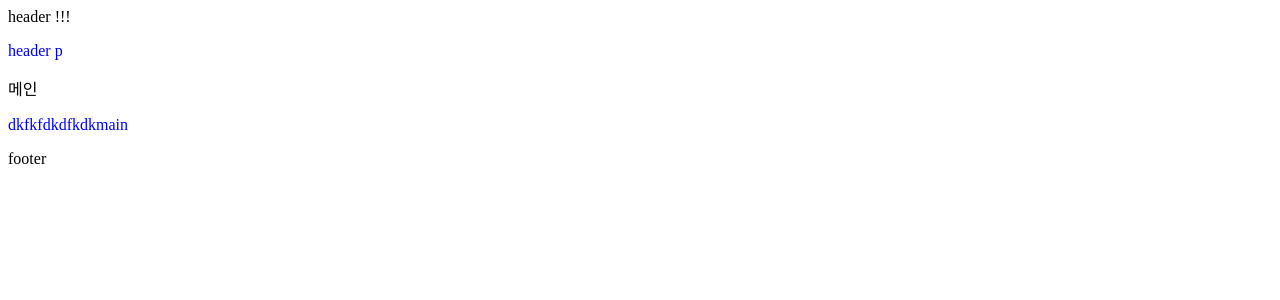
Repository: victoai/javaee2
Page: http://localhost/c/
An editor plug-in stored every save of this project. The page is shown before and after the next save, followed by the edit.
The browser window is 1280 px wide. The pictures show the whole page.
The page is served by Tomcat 9. Other server files are loaded and not shown.

Above is the page before, as saved 2023-08-26 12:15:52.

### c/src/main/webapp/index.jsp
<%@ page language="java" contentType="text/html; charset=EUC-KR"
    pageEncoding="EUC-KR"%>
<!DOCTYPE html>
<html>
<head>
<meta charset="EUC-KR">
<title>Insert title here</title>
<link href="base.css" rel="stylesheet">
</head>
<body>

 <%@ include file="header.jsp" %>

<main>

메인<p>dkfkfdkdfkdkmain</p>

</main>


 <%@ include file="footer.jsp" %>

</body>
</html>

### c/src/main/webapp/header.jsp

<header>
 header !!!

 <p>
 header p
 </p>

</header>

### c/src/main/webapp/footer.jsp
<footer>
   footer

</footer>

### c/src/main/webapp/base.css
@charset "EUC-KR";


p{
	color:blue;
}

After the next save:
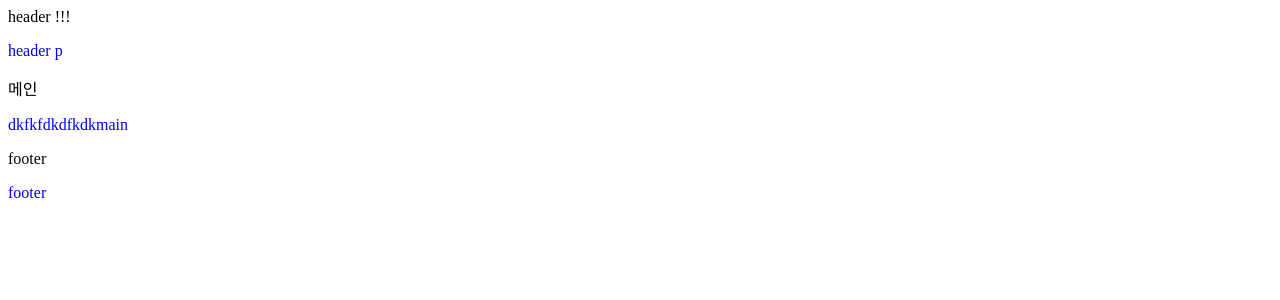
Saved 45 s later.
--- a/c/src/main/webapp/footer.jsp
+++ b/c/src/main/webapp/footer.jsp
@@ -1,4 +1,6 @@
 <footer>
    footer
 
+   <p>footer</p>
+
 </footer>
